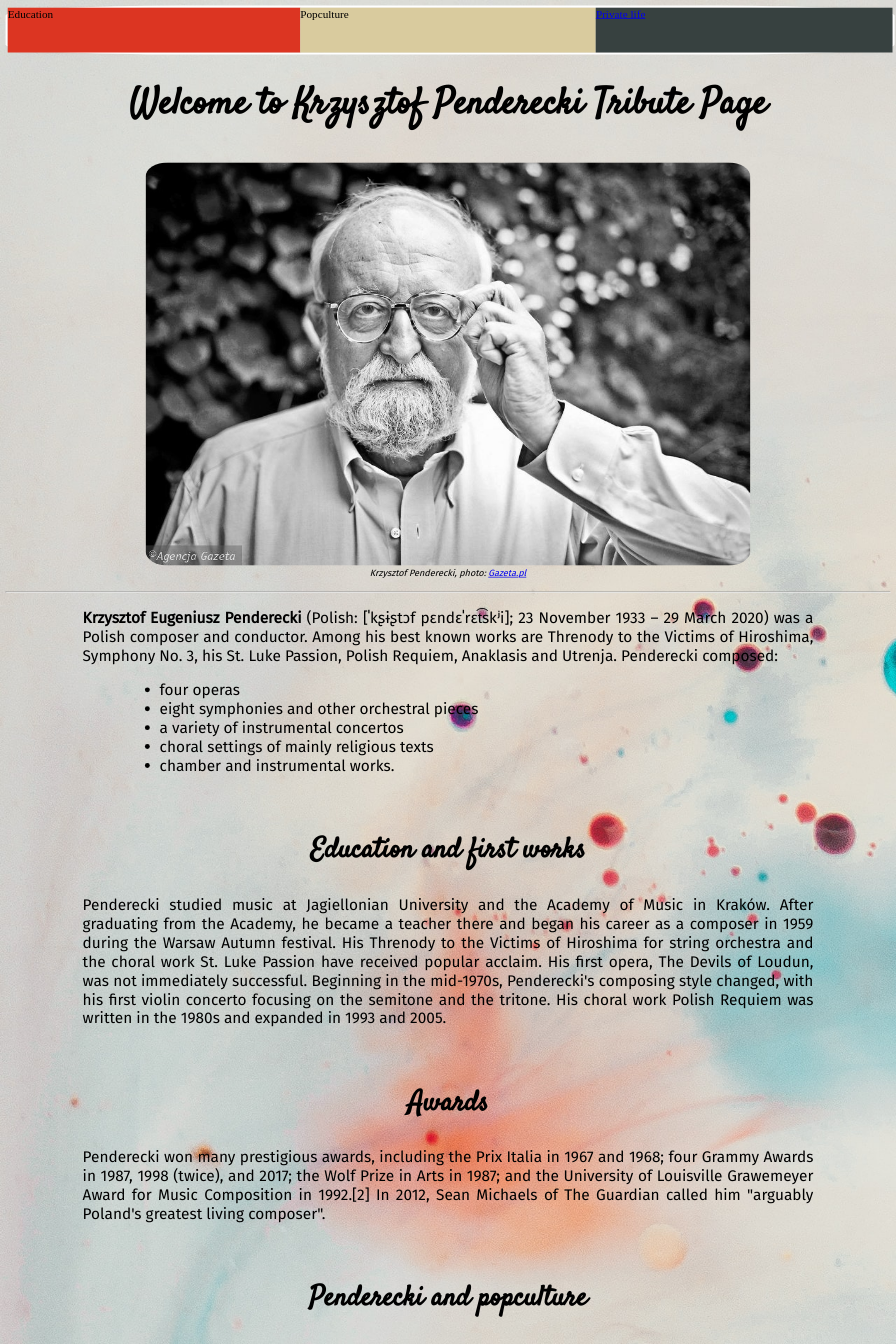
Repository: justynke/tribute_page
Page: index.html
The author's editor kept a copy of each file at every save. The page is drawn from the files as they stood at one save, then again after the next save.
The browser window is 1280 px wide. The pictures show the part of the page from y = 0 to 1920 px (the page is 3521 px tall before and 3515 px after), at 70% of full size.

Above is the page before, as saved 2020-04-24 12:11:46.

After the next save:
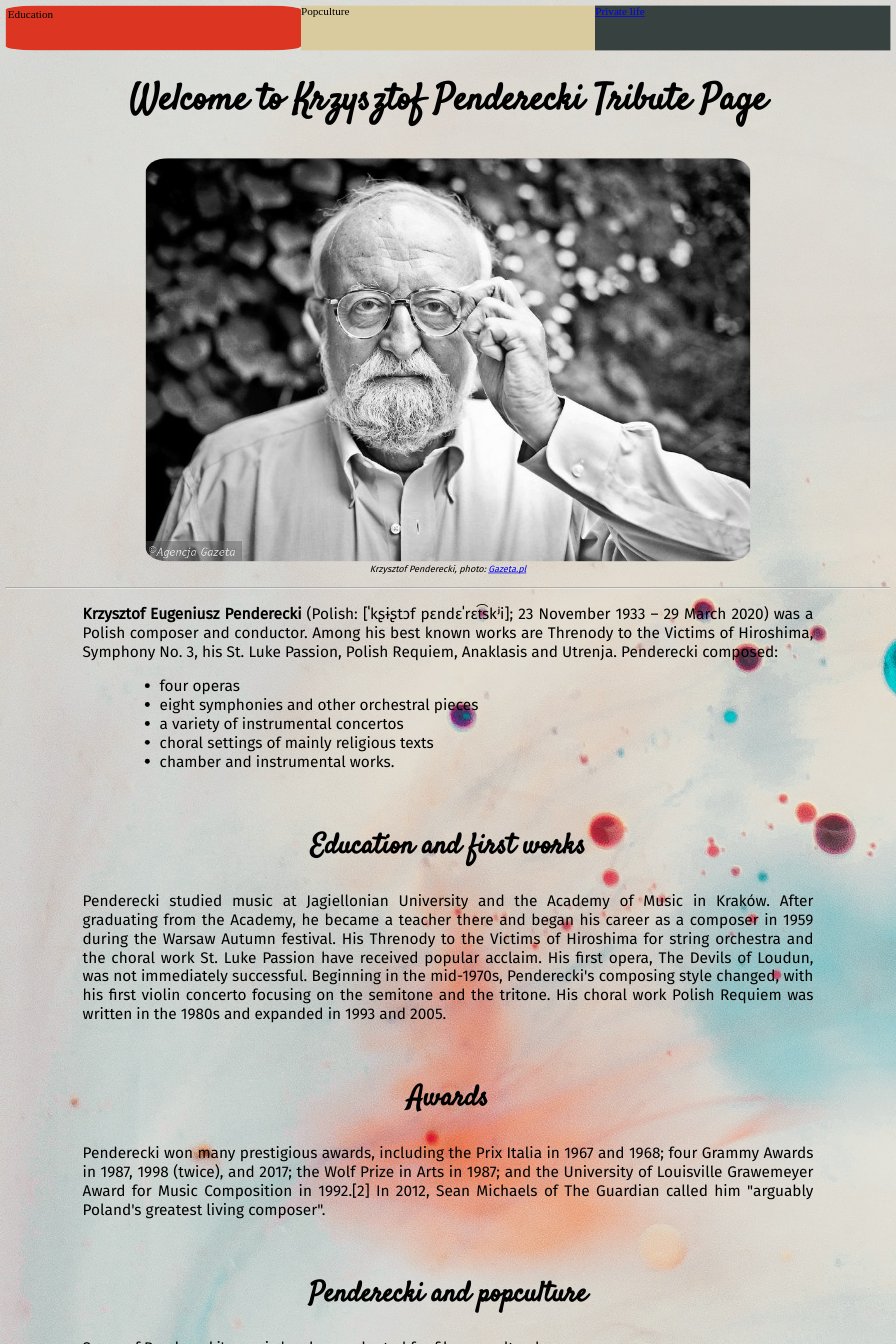
Saved 52 s later.
--- a/styles.css
+++ b/styles.css
@@ -96,15 +96,15 @@
     height: 5vw;
     margin: auto;
     position: relative;
-    border: solid;
-    border-color: white;
-    border-radius: 20%;
 }
 
 #edu {
     display: flex;
     background-color: #DC3522;
     flex-grow: 1;
+    border: solid;
+    border-color: transparent;
+    border-radius: 10%;
 }
 
 #pop {
